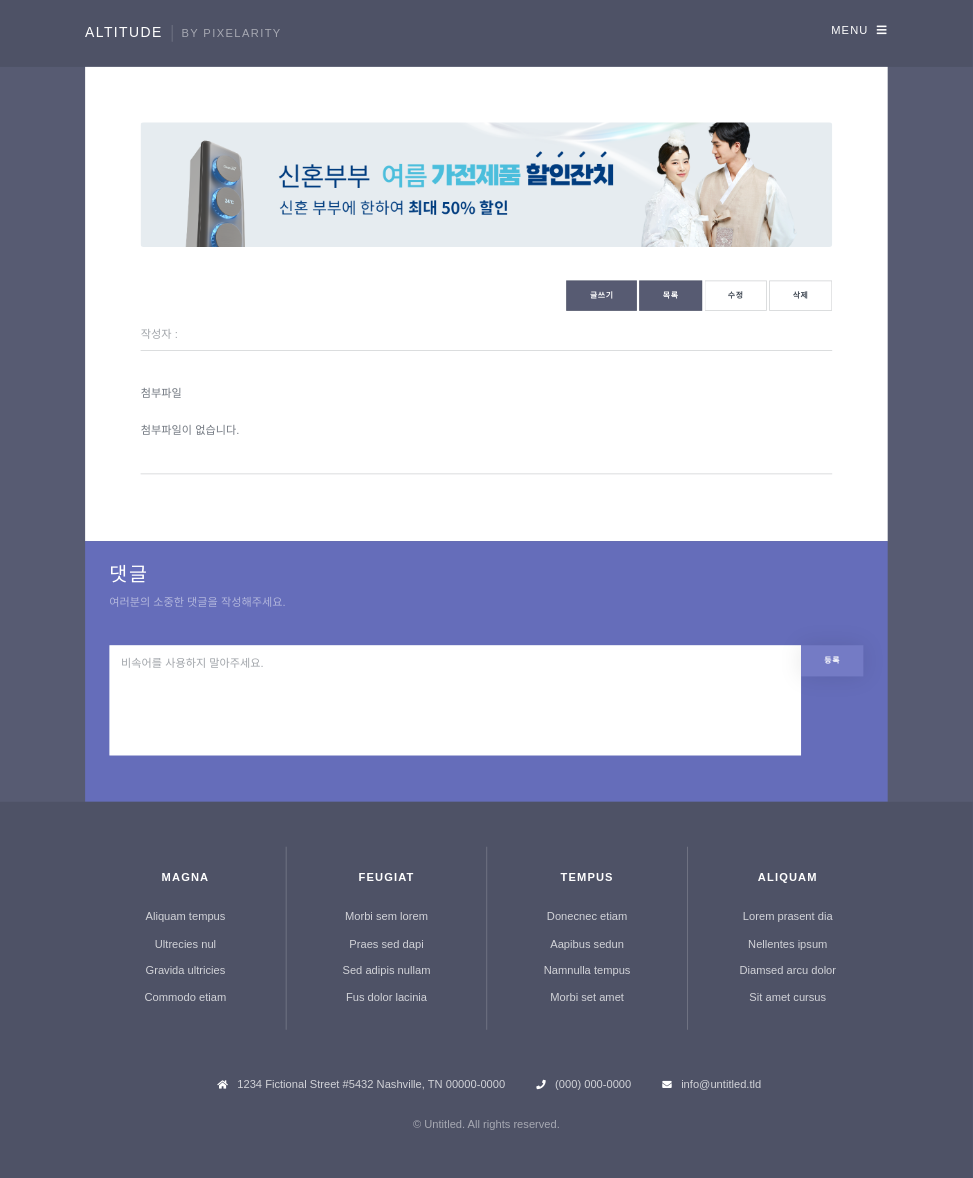
Repository: kkkukkk/Study-JSP
Page: http://localhost/boardMVC/app/board/boardDetail.jsp
These files come from the project's save history. The page is drawn as it stood at one moment and after the next save; the edit follows.
The browser window is 1280 px wide. The pictures show the whole page, at 76% of full size.
Some web fonts or font styles are not loaded; a fallback is used. The page is served by Tomcat 9.

Above is the page before, as saved 2022-02-25 02:39:50.

After the next save:
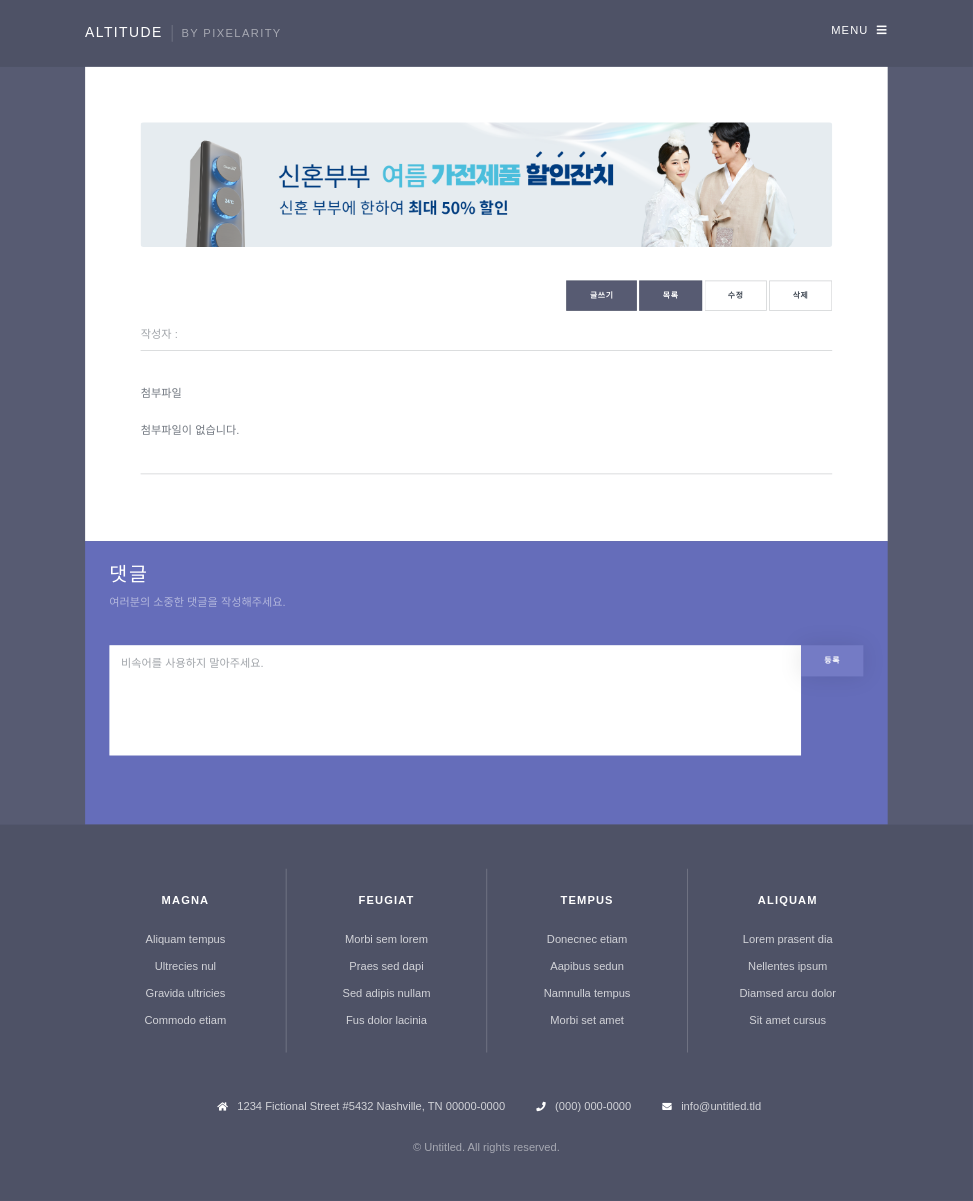
Saved 16 s later.
--- a/workspace/boardMVC/WebContent/app/board/boardDetail.jsp
+++ b/workspace/boardMVC/WebContent/app/board/boardDetail.jsp
@@ -112,7 +112,7 @@
                            <input id="register" type="button" class="primary" value="등록"/>
                         </form>
                         <form action="#" id="replies" class="combined" style="flex-direction:column; margin:0; display:contents;">
-                        	<div>
+                        	<div id="reply">
 
                         	</div>
                         </form>
